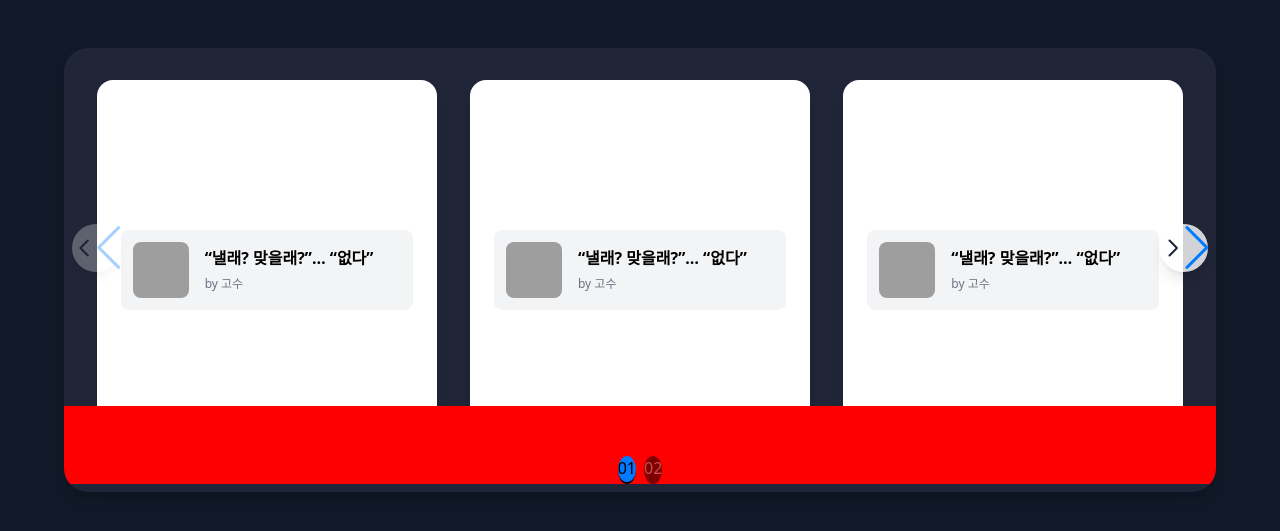
Repository: hyerim1234/travelblog
Page: html/slide2.html
These files come from the project's save history. The page is drawn as it stood at one moment and after the next save; the edit follows.
The browser window is 1280 px wide. The pictures show the whole page.
Pictures or frames that could not be fetched are drawn as grey boxes. Some web libraries are served in a nearby version.

Above is the page before, as saved 2025-06-05 13:23:57.

### html/slide2.html
<!DOCTYPE html>
<html lang="ko">
<head>
  <meta charset="UTF-8" />
  <meta name="viewport" content="width=device-width, initial-scale=1.0"/>
  <title>슬라이드 박스 그룹형 브런치 슬라이더</title>
  <script src="https://cdn.tailwindcss.com"></script>
  <link rel="stylesheet" href="https://unpkg.com/swiper/swiper-bundle.min.css" />
  <style>
    .swiper-container { overflow: hidden; }
    .swiper-pagination {
      display: flex !important;
      justify-content: center;
      /* margin-top: 1.5rem !important; */
      background-color: red;
      padding-top: 50px !important;
    }
    .swiper-pagination-bullet {
      width: auto;
      height: auto;
      opacity: 0.5;
      color: #999;
      margin: 0 0.25rem;
      font-size: 1rem;
      padding-bottom: 0.15rem;
      cursor: pointer;
    }
    .swiper-pagination-bullet-active {
      opacity: 1;
      color: #000;
      border-bottom: 2px solid #000;
    }
    .swiper-button-prev, .swiper-button-next {
      top: 50% !important;
      transform: translateY(-50%);
    }
  </style>
</head>
<body class="bg-gray-900">

  <section class="py-12 overflow-x-hidden">
    <div class="container mx-auto px-4">
      <div class="flex justify-center">
        <!-- 3개 슬라이드+네비를 감싸는 긴 배경 박스 -->
        <div class="relative w-full max-w-6xl bg-[#202537] rounded-3xl shadow-lg px-8 py-8 overflow-hidden">
          <div class="swiper-container">
            <div class="swiper-wrapper">
              <!-- ...슬라이드 반복(아래 예시) -->
              <div class="swiper-slide flex justify-center">
                <div class="bg-white rounded-2xl shadow-lg w-[340px] h-[380px] flex flex-col justify-center gap-4 p-6">
                  <!-- 카드 내용... -->
                  <div class="flex items-center gap-4 bg-gray-100 rounded-lg p-3">
                    <img src="https://picsum.photos/id/1069/60/60" class="rounded-lg w-14 h-14 object-cover" />
                    <div>
                      <p class="font-semibold">“낼래? 맞을래?”… “없다”</p>
                      <span class="text-xs text-gray-500">by 고수</span>
                    </div>
                  </div>
                  <!-- ...이하 동일하게 카드 채우기 -->
                </div>
              </div>
              <!-- 슬라이드 박스 2~6... 동일하게 복붙 -->
               <div class="swiper-slide flex justify-center">
                <div class="bg-white rounded-2xl shadow-lg w-[340px] h-[380px] flex flex-col justify-center gap-4 p-6">
                  <!-- 카드 내용... -->
                  <div class="flex items-center gap-4 bg-gray-100 rounded-lg p-3">
                    <img src="https://picsum.photos/id/1069/60/60" class="rounded-lg w-14 h-14 object-cover" />
                    <div>
                      <p class="font-semibold">“낼래? 맞을래?”… “없다”</p>
                      <span class="text-xs text-gray-500">by 고수</span>
                    </div>
                  </div>
                  <!-- ...이하 동일하게 카드 채우기 -->
                </div>
              </div>
              <div class="swiper-slide flex justify-center">
                <div class="bg-white rounded-2xl shadow-lg w-[340px] h-[380px] flex flex-col justify-center gap-4 p-6">
                  <!-- 카드 내용... -->
                  <div class="flex items-center gap-4 bg-gray-100 rounded-lg p-3">
                    <img src="https://picsum.photos/id/1069/60/60" class="rounded-lg w-14 h-14 object-cover" />
                    <div>
                      <p class="font-semibold">“낼래? 맞을래?”… “없다”</p>
                      <span class="text-xs text-gray-500">by 고수</span>
                    </div>
                  </div>
                  <!-- ...이하 동일하게 카드 채우기 -->
                </div>
              </div>

              <div class="swiper-slide flex justify-center">
                <div class="bg-white rounded-2xl shadow-lg w-[340px] h-[380px] flex flex-col justify-center gap-4 p-6">
                  <!-- 카드 내용... -->
                  <div class="flex items-center gap-4 bg-gray-100 rounded-lg p-3">
                    <img src="https://picsum.photos/id/1069/60/60" class="rounded-lg w-14 h-14 object-cover" />
                    <div>
                      <p class="font-semibold">“낼래? 맞을래?”… “없다”</p>
                      <span class="text-xs text-gray-500">by 고수</span>
                    </div>
                  </div>
                  <!-- ...이하 동일하게 카드 채우기 -->
                </div>
              </div>

              <div class="swiper-slide flex justify-center">
                <div class="bg-white rounded-2xl shadow-lg w-[340px] h-[380px] flex flex-col justify-center gap-4 p-6">
                  <!-- 카드 내용... -->
                  <div class="flex items-center gap-4 bg-gray-100 rounded-lg p-3">
                    <img src="https://picsum.photos/id/1069/60/60" class="rounded-lg w-14 h-14 object-cover" />
                    <div>
                      <p class="font-semibold">“낼래? 맞을래?”… “없다”</p>
                      <span class="text-xs text-gray-500">by 고수</span>
                    </div>
                  </div>
                  <!-- ...이하 동일하게 카드 채우기 -->
                </div>
              </div>

              <div class="swiper-slide flex justify-center">
                <div class="bg-white rounded-2xl shadow-lg w-[340px] h-[380px] flex flex-col justify-center gap-4 p-6">
                  <!-- 카드 내용... -->
                  <div class="flex items-center gap-4 bg-gray-100 rounded-lg p-3">
                    <img src="https://picsum.photos/id/1069/60/60" class="rounded-lg w-14 h-14 object-cover" />
                    <div>
                      <p class="font-semibold">“낼래? 맞을래?”… “없다”</p>
                      <span class="text-xs text-gray-500">by 고수</span>
                    </div>
                  </div>
                  <!-- ...이하 동일하게 카드 채우기 -->
                </div>
              </div>
              <!-- ... -->
            </div>
            <!-- 네비/페이지네이션은 swiper-container 안쪽에 위치 -->
            <button class="swiper-button-prev absolute top-1/2 left-2 z-10 w-12 h-12 bg-white bg-opacity-80 hover:bg-opacity-100 rounded-full flex items-center justify-center shadow-lg" aria-label="Previous slide">
              <svg xmlns="http://www.w3.org/2000/svg" class="w-6 h-6 text-gray-800" fill="none" viewBox="0 0 24 24" stroke="currentColor">
                <path stroke-linecap="round" stroke-linejoin="round" stroke-width="2" d="M15 19l-7-7 7-7" />
              </svg>
            </button>
            <button class="swiper-button-next absolute top-1/2 right-2 z-10 w-12 h-12 bg-white bg-opacity-80 hover:bg-opacity-100 rounded-full flex items-center justify-center shadow-lg" aria-label="Next slide">
              <svg xmlns="http://www.w3.org/2000/svg" class="w-6 h-6 text-gray-800" fill="none" viewBox="0 0 24 24" stroke="currentColor">
                <path stroke-linecap="round" stroke-linejoin="round" stroke-width="2" d="M9 5l7 7-7 7" />
              </svg>
            </button>
            <div class="swiper-pagination"></div>
          </div>
        </div>
      </div>
    </div>
  </section>

  <script src="https://unpkg.com/swiper/swiper-bundle.min.js"></script>
  <script>
    const swiper = new Swiper('.swiper-container', {
      slidesPerView: 3,
      slidesPerGroup: 3,
      spaceBetween: 32,
      centeredSlides: false,
      navigation: {
        nextEl: '.swiper-button-next',
        prevEl: '.swiper-button-prev',
      },
      pagination: {
        el: '.swiper-pagination',
        clickable: true,
        renderBullet: (idx, className) => {
          const num = idx+1 < 10 ? '0'+(idx+1) : (idx+1);
          return `<span class="${className}">${num}</span>`;
        },
      },
      breakpoints: {
        1280: { slidesPerView: 3, slidesPerGroup: 3, spaceBetween: 32 },
        1024: { slidesPerView: 2, slidesPerGroup: 2, spaceBetween: 24 },
        640:  { slidesPerView: 1, slidesPerGroup: 1, spaceBetween: 16 },
      },
    });
  </script>
</body>
</html>

After the next save:
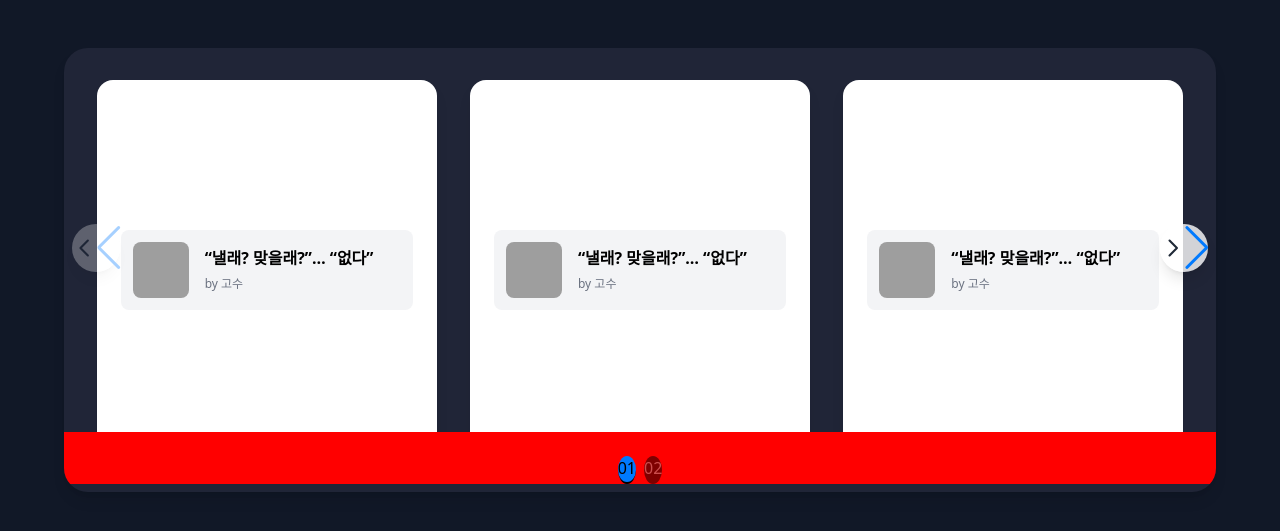
Saved 11 s later.
--- a/html/slide2.html
+++ b/html/slide2.html
@@ -13,7 +13,7 @@
       justify-content: center;
       /* margin-top: 1.5rem !important; */
       background-color: red;
-      padding-top: 50px !important;
+      padding-top: 1.5rem !important;
     }
     .swiper-pagination-bullet {
       width: auto;
